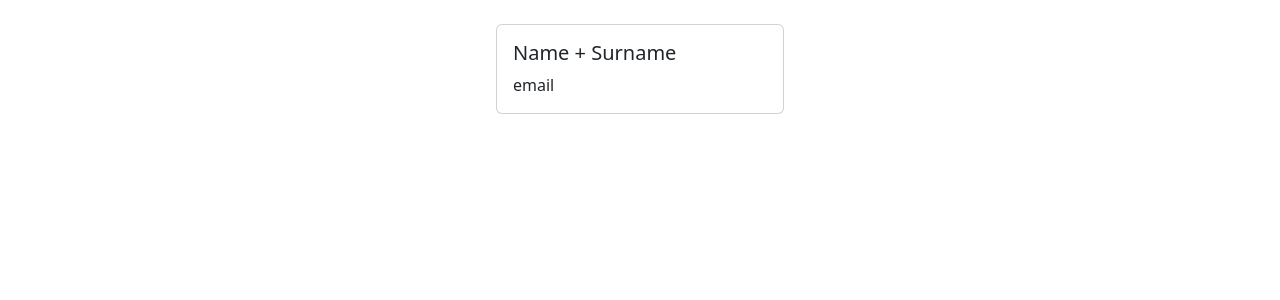
Repository: AndreyMykulych/javascript
Page: 14/index.html
The author's editor kept a copy of each file at every save. The page is drawn from the files as they stood at one save, then again after the next save.
The browser window is 1280 px wide. The pictures show the whole page.
The page's requests for data from a server got no answer.

Above is the page before, as saved 2023-05-11 00:29:23.

### 14/index.html
<!DOCTYPE html>
<html lang="en">
<head>
    <meta charset="UTF-8">
    <meta http-equiv="X-UA-Compatible" content="IE=edge">
    <meta name="viewport" content="width=device-width, initial-scale=1.0">
    <title>Document</title>
    <script src="https://cdn.jsdelivr.net/npm/axios/dist/axios.min.js"></script>
    <link href="https://cdn.jsdelivr.net/npm/bootstrap@5.3.0-alpha3/dist/css/bootstrap.min.css" rel="stylesheet" integrity="sha384-KK94CHFLLe+nY2dmCWGMq91rCGa5gtU4mk92HdvYe+M/SXH301p5ILy+dN9+nJOZ" crossorigin="anonymous">
    <script src="one.js" >

    </script>
</head>
<body>
    <div class="container d-flex justify-content-center" >
            <div class="card mt-4 mb-4"  style="width: 18rem;">
                <div class="card-body ">
                    <h5 class="card-title">Name + Surname</h5>
                    <p class="card-text">email</p>
                 </div>

            </div>

    </div>
    <script src="https://cdn.jsdelivr.net/npm/bootstrap@5.3.0-alpha3/dist/js/bootstrap.bundle.min.js" integrity="sha384-ENjdO4Dr2bkBIFxQpeoTz1HIcje39Wm4jDKdf19U8gI4ddQ3GYNS7NTKfAdVQSZe" crossorigin="anonymous"></script>
</body>
</html>

### 14/one.js

window.onload = () => {

    axios
        .get(' https://jsonplaceholder.typicode.com/users')
        .then(function (response) { console.log(response.data); })
        .catch((error) => {
            console.log(error)
        })

}

After the next save:
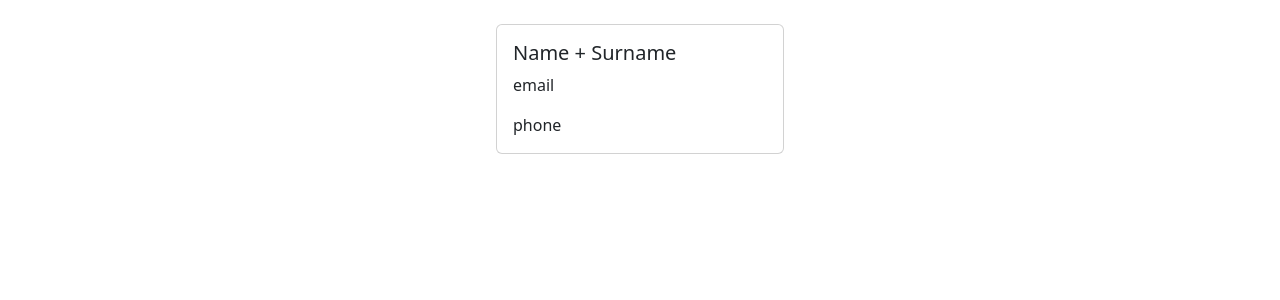
Saved 51 s later.
--- a/14/index.html
+++ b/14/index.html
@@ -17,6 +17,7 @@
                 <div class="card-body ">
                     <h5 class="card-title">Name + Surname</h5>
                     <p class="card-text">email</p>
+                    <p class="card-text">phone</p>
                  </div>
 
             </div>
